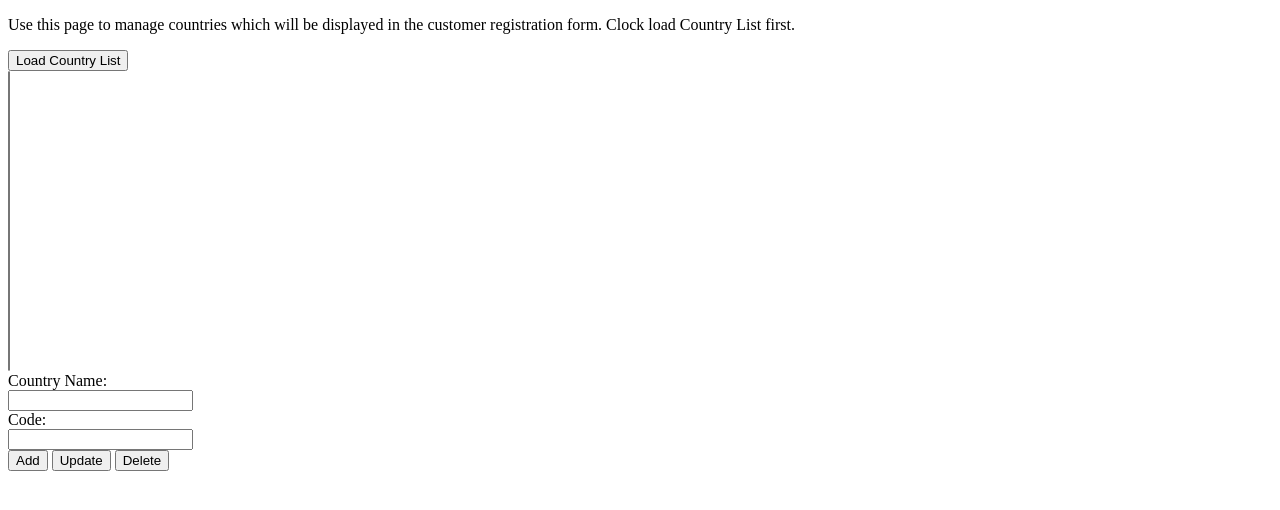
Repository: phongdz-cloud/SpringBoot-Ecommerce
Page: http://localhost/settings/states
These files come from the project's save history. The page is drawn as it stood at one moment and after the next save; the edit follows.
The browser window is 1280 px wide. The pictures show the whole page.
The page is this project's Thymeleaf template; nobody is signed in. The template is opened directly, without the code that normally fills it, so the values that code supplies are empty.

Above is the page before, as saved 2022-01-07 02:42:12.

After the next save:
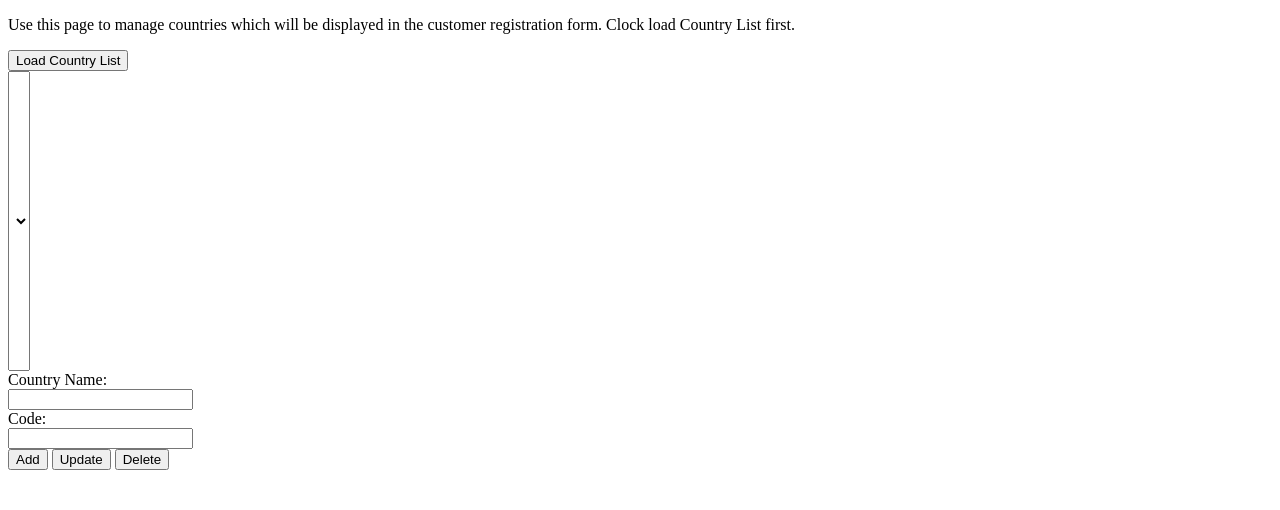
Saved 15 min 1 s later.
--- a/ShopmeProject/ShopmeWebParent/ShopmeBackend/src/main/resources/templates/settings/states.html
+++ b/ShopmeProject/ShopmeWebParent/ShopmeBackend/src/main/resources/templates/settings/states.html
@@ -13,7 +13,7 @@
 			<input type="button" value="Load Country List" class="btn btn-primary" id="buttonLoadCountries"/>
 		</div>
 		<div>
-			<select class="form-control m-2" style="height: 300px" size="3" id="dropDownCountries">
+			<select class="form-control m-2" style="height: 300px"  id="dropDownCountries">
 
 			</select>
 		</div>

After the save that followed:
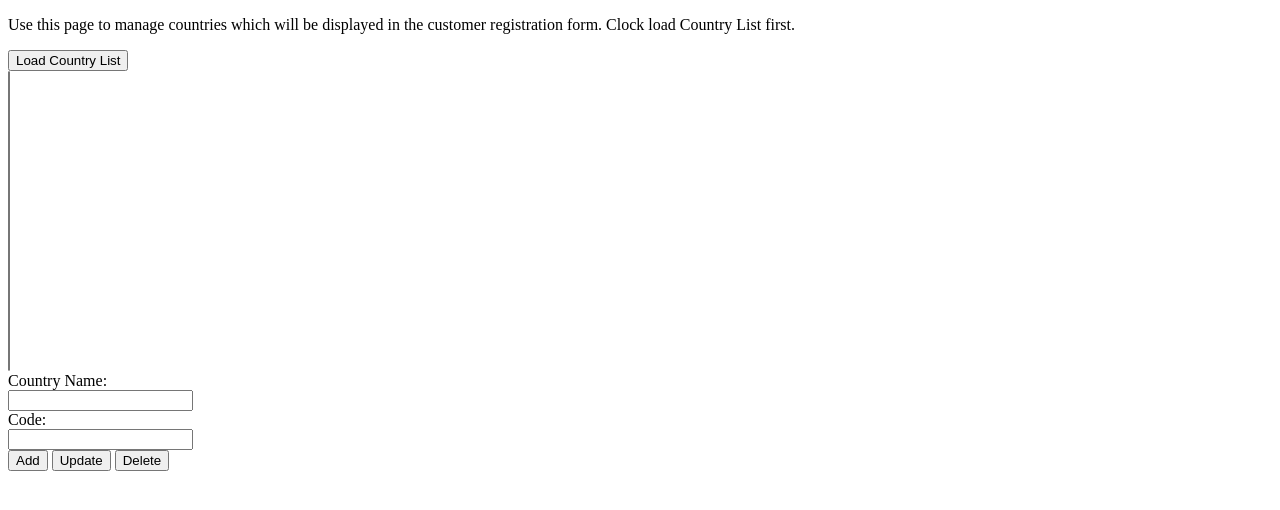
Saved 71 s later.
--- a/ShopmeProject/ShopmeWebParent/ShopmeBackend/src/main/resources/templates/settings/states.html
+++ b/ShopmeProject/ShopmeWebParent/ShopmeBackend/src/main/resources/templates/settings/states.html
@@ -10,10 +10,10 @@
 			</p>
 		</div>
 		<div>
-			<input type="button" value="Load Country List" class="btn btn-primary" id="buttonLoadCountries"/>
+			<input type="button" value="Load Country List"  id="buttonLoadCountries" class="btn btn-primary"/>
 		</div>
 		<div>
-			<select class="form-control m-2" style="height: 300px"  id="dropDownCountries">
+			<select class="form-control m-2" style="height: 300px" size="3" id="dropDownCountries">
 
 			</select>
 		</div>
